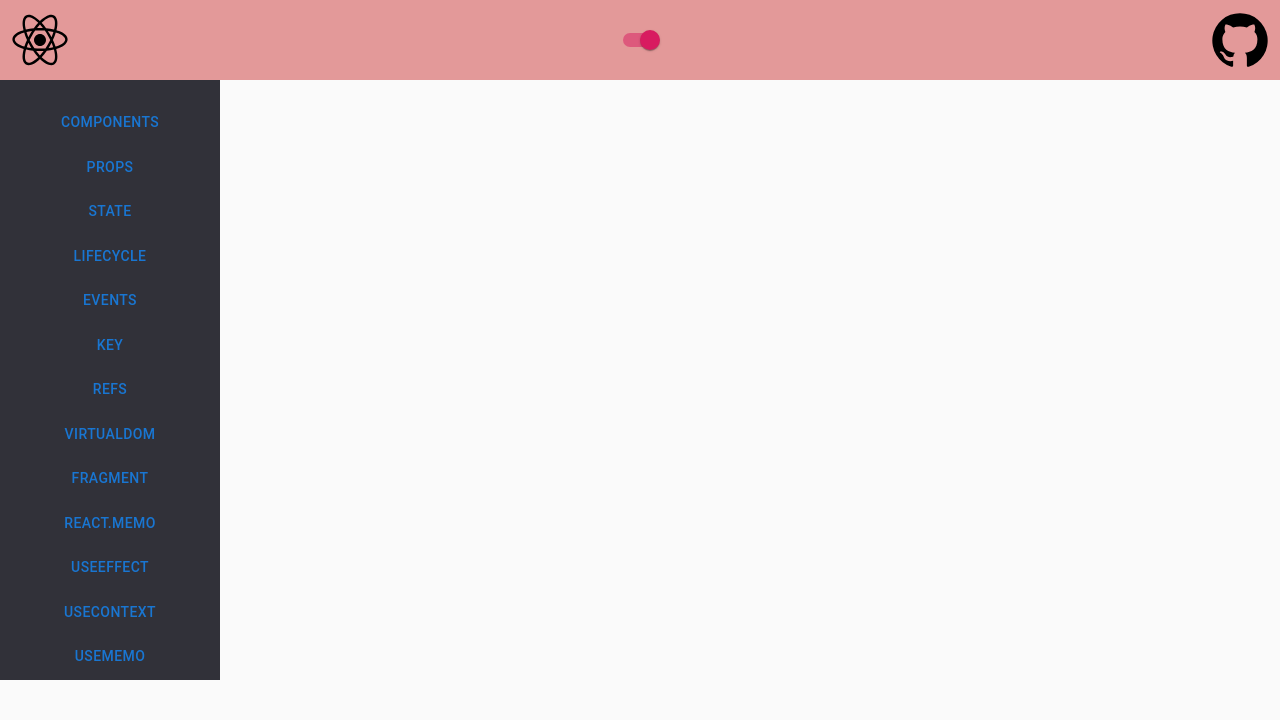
Repository: savannaaaas/reactDocumentation
Page: /topic
An editor plug-in stored every save of this project. The page is shown before and after the next save, followed by the edit.
The browser window is 1280 px wide. The pictures show the whole page.
The project was rebuilt for these pictures with package versions that can differ from the ones it lists, and the page was loaded fresh each time. Also part of the build but not shown: vite.config.js, src/pages/welcomePage/WelcomeButton/WelcomeButton.jsx, src/pages/welcomePage/Content/ContentWelcome.jsx, src/pages/welcomePage/WelcomePage.jsx, src/pages/componentPage/ComponentPage.jsx.

Above is the page before, as saved 2025-07-18 20:22:18.

### index.html
<!DOCTYPE html>
<html lang="en" data-theme="light">
  <head>
    <meta charset="UTF-8" />
    <link rel="icon" type="image/svg+xml" href="/vite.svg" />
    <meta name="viewport" content="width=device-width, initial-scale=1.0" />
    <title>NoteBook</title>
  </head>
  <body>
    <div id="root"></div>
    <script type="module" src="/src/main.jsx"></script>
  </body>
</html>

### src/main.jsx
import { StrictMode } from "react";
import { createRoot } from "react-dom/client";
import App from "./App.jsx";
import { ThemeProvider } from "./providers/ThemeProvider.jsx";
import "./index.scss";
import { BrowserRouter } from "react-router";

createRoot(document.getElementById("root")).render(
  <StrictMode>
    <ThemeProvider>
      <BrowserRouter>
        <App />
      </BrowserRouter>
    </ThemeProvider>
  </StrictMode>
);

### src/App.jsx
import { Routes, Route } from "react-router";

import { WelcomePage } from "./pages/welcomePage/WelcomePage";
import { TopicPage } from "./pages/topicPage/TopicPage";
import { ComponentPage } from "./pages/componentPage/ComponentPage";

import "./index.scss";

function App() {
  return (
    <Routes>
      <Route path="/" element={<WelcomePage />} />
      <Route path="/topic" element={<TopicPage />}>
        <Route path="components" element={<ComponentPage />} />
      </Route>
    </Routes>
  );
}

export default App;

### src/providers/ThemeProvider.jsx
import { useEffect, useState } from "react";
import { themes, ThemeContext } from "../contexts/ThemeContext";
const getTheme = () => {
  const theme = `${window?.localStorage.getItem("theme")}`; //получаем тему из хранилища
  if (Object.values(themes).includes(theme)) {
    //если тема такая есть возвращаем
    return theme;
  } //если в хранилище нет смотрим какую тему пользователь предпочитает
  const userMedia = window.matchMedia("(prefers-color-scheme: light)"); //проверяем предпочитает пользователь светлую тему если да возвр
  if (userMedia.matches) return themes.light;
  return themes.dark; //иначе темная
};
export const ThemeProvider = ({ children }) => {
  const [theme, setTheme] = useState(getTheme);
  useEffect(() => {
    document.documentElement.dataset.theme = theme; // добавляем атрибут data-theme на <html>
    localStorage.setItem("theme", theme); //устанавливаем и сохраняем текущую тему
  }, [theme]);
  return (
    <ThemeContext.Provider value={{ theme, setTheme }}>
      {children}
    </ThemeContext.Provider>
  );
};

### src/index.scss
*{
  padding: 0;
  margin: 0;
  box-sizing: border-box;
}
body {
  background-color: var(--background-color);
}

:root[data-theme="light"] {
  --background-color: #fafafa;
}

:root[data-theme="dark"] {
  --background-color: #313139;
}

### src/pages/topicPage/TopicPage.jsx
import { Header } from "../welcomePage/Header/Header";
import { Navigation } from "../../components/Navigation/Navigation";
export const TopicPage = () => {
  return (
    <>
      <Header />
      <Navigation />
    </>
  );
};

### src/contexts/ThemeContext.jsx
import { createContext } from "react";
export const themes = {
  dark: "dark",
  light: "light",
};

export const ThemeContext = createContext({});

### src/pages/welcomePage/Header/Header.jsx
import { useContext } from "react";
import GitHubIcon from "@mui/icons-material/GitHub";
import reactLogo from "../../../assets/react.svg";
import { Image } from "../../../components/Image/Image";
import { Toggle } from "../../../components/Toggle/Toggle";
import "../index.scss";

export const Header = () => {
  return (
    <div className="header">
      <Image src={reactLogo} alt="React logo" style={{ width: "60px" }} />
      <Toggle />
      <GitHubIcon sx={{ fontSize: "60px" }} />
    </div>
  );
};

### src/pages/welcomePage/index.scss
$light-color: rgb(242, 118, 138);
$dark-color : #ffffff;

.header {
  background-color: rgb(227, 153, 153);
  display: flex;
  flex-direction: row;
  align-items: center;
  justify-content: space-between;
  padding: 10px;
  width: 100%;
}


.base-content {
  position: relative;
  display: flex;
  flex-direction: column;
  justify-content: center;
  align-items: center;
  gap: 100px;
  color: rgb(242, 118, 138);

  p {
    a {
      color: rgb(242, 118, 138);
      text-decoration: none;
    }
  }
}


.welcome-page {
  position: relative;
  display: flex;
  flex-direction: column;
  gap: 100px;
  justify-content: center;
  align-items: center;
}

.welcome-button{
  padding: 10 30px;
  width: 170px;
  border-radius: 30px;
}
[data-theme="light"] {
  .base-content {
    color: $light-color;

    p {
      a {
        color: $light-color;
      }
    }
  }
  .welcome-button{
    background-color: rgb(245, 60, 91);
    color: white;
  }
}

[data-theme="dark"] {
  .base-content {
    color: $dark-color;

    p {
      a {
        color: $dark-color;
      }
    }
  }
  .welcome-button{
    background-color: white;
    color: rgb(245, 60, 91);
  }
}

### src/components/Navigation/Navigation.jsx
import { Button } from "../Button/Button";
import "./index.scss";
import { Box, List, ListItem } from "@mui/material";
import { NavLink } from "react-router";

export const Navigation = () => {
  return (
    <Box
      className="list"
      sx={{
        maxHeight: "600px",
        overflowY: "auto",
        width: "220px",
        p: 2,
        height: "200vh",
        top: "80px",
        left: 0,
        position: "absolute",
      }}
    >
      <List sx={{ display: "flex", flexDirection: "column", gap: 1 }}>
        <ListItem disablePadding>
          <Button component={NavLink} to="/topic/components" fullWidth>
            Components
          </Button>
        </ListItem>
        <ListItem disablePadding>
          <Button component={NavLink} to="/topic/props" fullWidth>
            Props
          </Button>
        </ListItem>
        <ListItem disablePadding>
          <Button component={NavLink} to="/topic/state" fullWidth>
            State
          </Button>
        </ListItem>
        <ListItem disablePadding>
          <Button component={NavLink} to="/topic/lifecycle" fullWidth>
            Lifecycle
          </Button>
        </ListItem>
        <ListItem disablePadding>
          <Button component={NavLink} to="/topic/events" fullWidth>
            Events
          </Button>
        </ListItem>
        <ListItem disablePadding>
          <Button component={NavLink} to="/topic/key" fullWidth>
            Key
          </Button>
        </ListItem>
        <ListItem disablePadding>
          <Button component={NavLink} to="/topic/refs" fullWidth>
            Refs
          </Button>
        </ListItem>
        <ListItem disablePadding>
          <Button component={NavLink} to="/topic/virtual-dom" fullWidth>
            VirtualDOM
          </Button>
        </ListItem>
        <ListItem disablePadding>
          <Button component={NavLink} to="/topic/fragment" fullWidth>
            Fragment
          </Button>
        </ListItem>
        <ListItem disablePadding>
          <Button component={NavLink} to="/topic/react-memo" fullWidth>
            React.Memo
          </Button>
        </ListItem>
        <ListItem disablePadding>
          <Button component={NavLink} to="/topic/useEffect" fullWidth>
            useEffect
          </Button>
        </ListItem>
        <ListItem disablePadding>
          <Button component={NavLink} to="/topic/useContext" fullWidth>
            useContext
          </Button>
        </ListItem>
        <ListItem disablePadding>
          <Button component={NavLink} to="/topic/useMemo" fullWidth>
            useMemo
          </Button>
        </ListItem>
        <ListItem disablePadding>
          <Button component={NavLink} to="/topic/router" fullWidth>
            Router
          </Button>
        </ListItem>
      </List>
    </Box>
  );
};

### src/components/Button/Button.jsx
import ButtonCustom from "@mui/material/Button";
export const Button = ({ children, ...props }) => {
  return <ButtonCustom {...props}>{children}</ButtonCustom>;
};

### src/components/Image/Image.jsx
export const Image = ({ children, ...props }) => {
  return <img {...props}>{children}</img>;
};

### src/components/Toggle/Toggle.jsx
import { useContext } from "react";
import { ThemeContext } from "../../contexts/ThemeContext";
import { alpha, styled } from "@mui/material/styles";
import { grey, pink } from "@mui/material/colors";
import { themes } from "../../contexts/ThemeContext";
import Switch from "@mui/material/Switch";
export const Toggle = () => {
  const { theme, setTheme } = useContext(ThemeContext);
  const ThemeSwitch = styled(Switch)(({ theme }) => ({
    "& .MuiSwitch-switchBase": {
      color: grey[600],
      "&:hover": {
        backgroundColor: alpha(grey[600], theme.palette.action.hoverOpacity),
      },
    },
    "& .MuiSwitch-track": {
      backgroundColor: grey[600],
    },
    "& .MuiSwitch-switchBase.Mui-checked": {
      color: pink[600],
      "&:hover": {
        backgroundColor: alpha(pink[600], theme.palette.action.hoverOpacity),
      },
    },
    "& .MuiSwitch-switchBase.Mui-checked + .MuiSwitch-track": {
      backgroundColor: pink[600],
    },
  }));
  const handleChange = () => {
    if (theme === themes.light) setTheme(themes.dark);
    if (theme === themes.dark) setTheme(themes.light);
  };
  return (
    <ThemeSwitch checked={theme == themes.light} onChange={handleChange} />
  );
};

### src/components/Navigation/index.scss
[data-theme="light"] {
  .list{
    background-color:#313139;
  }
}

[data-theme="dark"] {
  .list{
background-color:#f5f5f7
  }
}

After the next save:
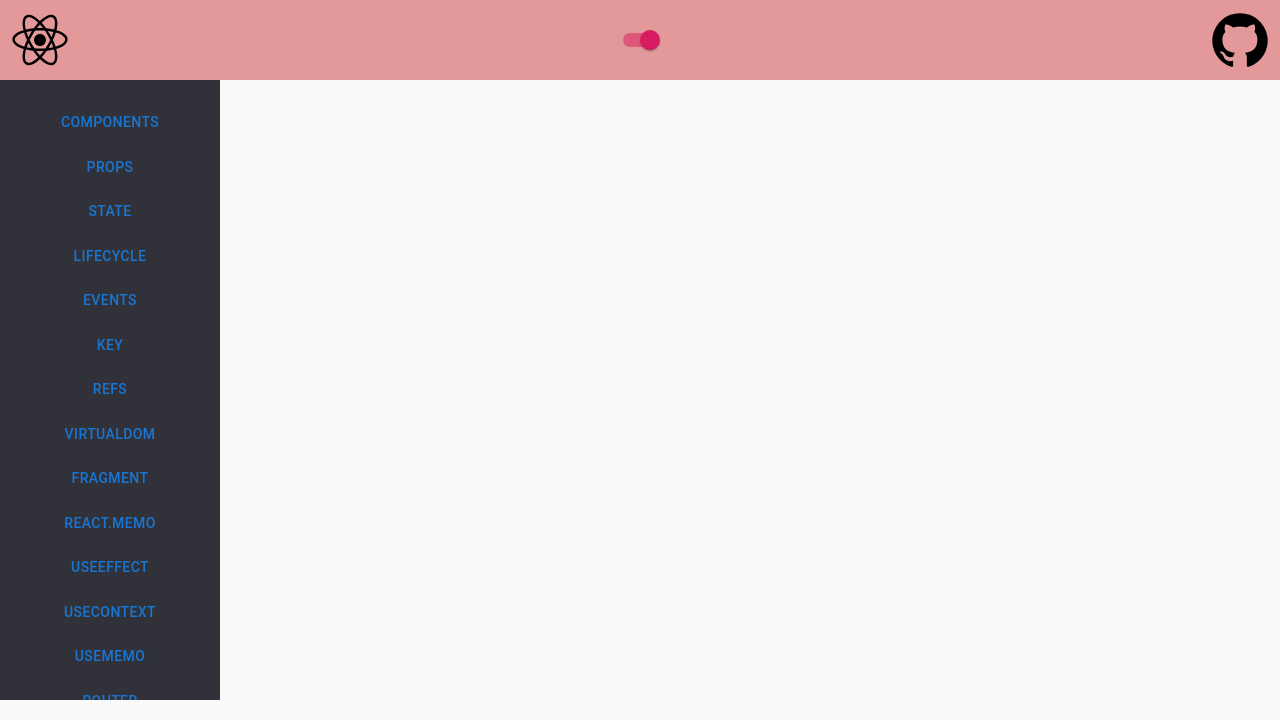
Saved 104 s later.
--- a/src/components/Navigation/Navigation.jsx
+++ b/src/components/Navigation/Navigation.jsx
@@ -8,7 +8,7 @@
     <Box
       className="list"
       sx={{
-        maxHeight: "600px",
+        maxHeight: "620px",
         overflowY: "auto",
         width: "220px",
         p: 2,
